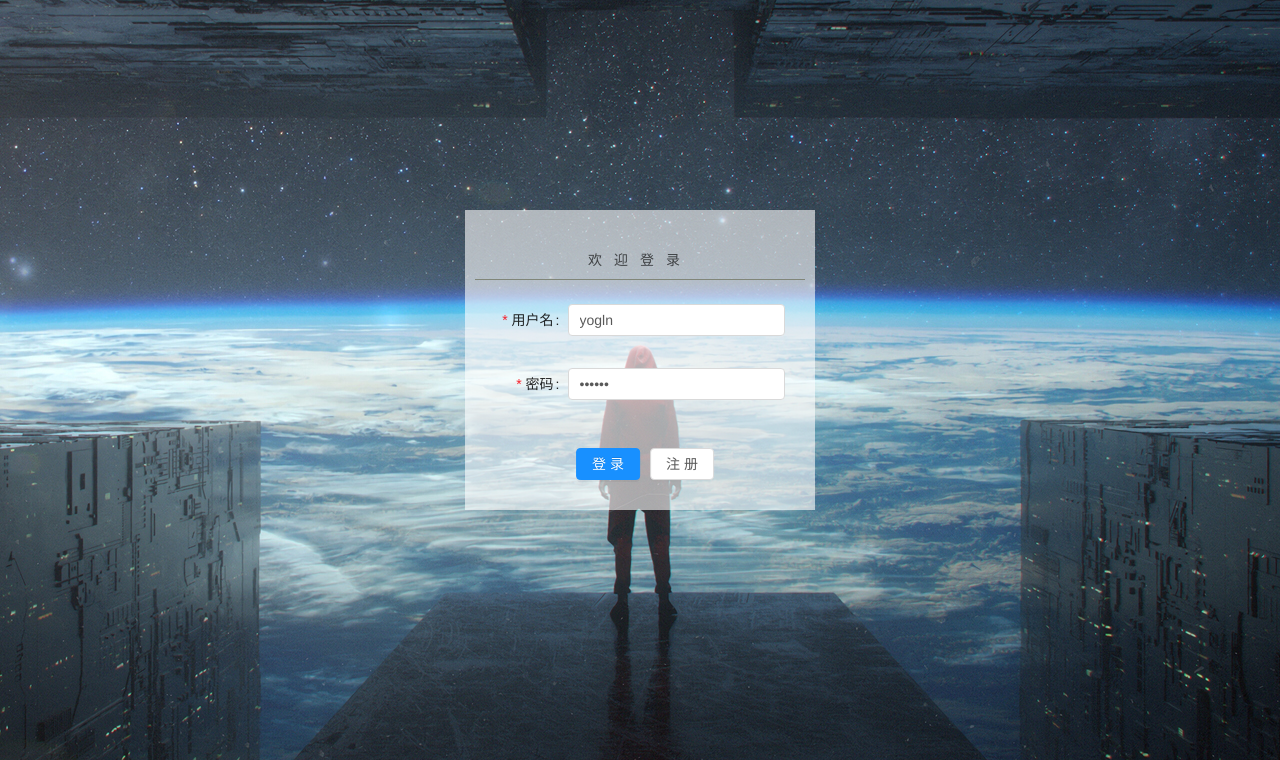
Repository: YogLn/theory-fre
Page: /register
An editor plug-in stored every save of this project. The page is shown before and after the next save, followed by the edit.
The browser window is 1280 px wide. The pictures show the whole page.
Backgrounds fixed to the window are drawn as part of the page. The project was rebuilt for these pictures with package versions that can differ from the ones it lists, and the page was loaded fresh each time.

Above is the page before, as saved 2021-07-22 16:39:05.

### src/App.vue
<template>
  <div id="app">
    <router-view />
  </div>
</template>

<style lang="less">
html,
body,
#app {
  height: 100%;
  font-family: 'Helvetica Neue', Helvetica, 'PingFang SC', 'Hiragino Sans GB',
    'Microsoft YaHei', '微软雅黑', Arial, sans-serif;

  background: url('./assets/img/home.jpg') no-repeat center;
  height: 100%;
  min-height: 760px;
  background-attachment: fixed;
  background-size: 100% 100%;
}
</style>

### src/router/index.js
import Vue from 'vue'
import VueRouter from 'vue-router'

const Login = () => import('../pages/login/Login.vue')
const Home = () => import('../pages/home/Home.vue')
const Register = () => import('../pages/login/Register.vue')
const Moment = () => import('../pages/moment/Moment.vue')
const Publish = () => import('../pages/moment/Publish.vue')
const Mine = () => import('../pages/mine/Mine.vue')
const Comment = () => import('../components/comment/Comment.vue')

Vue.use(VueRouter)

const routes = [
  {
    path: '',
    redirect: '/login'
  },
  {
    path: '/login',
    component: Login
  },
  {
    path: '/register',
    component: Register
  },
  {
    path: '/home',
    component: Home,
    redirect: '/moment',
    children: [
      {
        path: '/moment',
        component: Moment
      },
      {
        path: '/upload',
        component: Publish
      },
      {
        path: '/moment/:momentId',
        component: Comment
      },
      {
        path: '/mine',
        component: Mine
      },
    ]
  }
]

const router = new VueRouter({
  mode: 'history',
  base: process.env.BASE_URL,
  routes
})

// 挂载路由导航守卫
router.beforeEach((to, from, next) => {
  if (to.path == '/login') return next()
  // 获取 token
  const tokenStr = window.sessionStorage.getItem('token')
  if (!tokenStr) return next('/login')
  next()
})

export default router

### src/network/request.js
import axiox from 'axios'
import { BASE_URL, TIMEOUT } from './config'
const instance = axiox.create({
  baseURL: BASE_URL,//baseURL会在发送请求的时候拼接在url参数的前面
  timeout: TIMEOUT
})

instance.interceptors.request.use(function (config) {
  config.headers.Authorization = window.sessionStorage.getItem('token')
  return config;
}, function (error) {
  // 对请求错误做些什么
  return Promise.reject(error);
});

// 添加响应拦截器
//此处可以根据服务器的返回状态码做响应的处理
//404 404 500
instance.interceptors.response.use(function (response) {
  // 对响应数据做点什么

  return response;
}, function (error) {
  // 对响应错误做点什么
  return Promise.reject(error);
});

export function get (url, params) {
  return instance.get(url, {
    params
  })
}

export function post (url, data) {
  return instance.post(url, data)
}

export function del (url) {
  return instance.delete(url)
}

export function put (url, data) {
  return instance.put(url, data)
}

### src/pages/login/Login.vue
<template>
  <div class="container">
    <div class="login-box">
      <div class="login-header">
        <span>欢迎登录</span>
      </div>
      <div class="login-form">
        <a-form-model ref="loginFormRef" :model="loginForm" v-bind="layout" :rules="loginFormRules">
          <a-form-model-item label="用户名" prop="name">
            <a-input v-model="loginForm.name" type="text" autocomplete="off" placeholder="请输入用户名" />
          </a-form-model-item>
          <a-form-model-item label="密码" prop="password">
            <a-input v-model="loginForm.password" type="password" autocomplete="off" placeholder="请输入密码" />
          </a-form-model-item>
        </a-form-model>
      </div>
      <div class="login-btn">
        <a-button type="primary" class="btn-login" @click="login">登录</a-button>
        <a-button @click="register">注册</a-button>
      </div>
    </div>
  </div>
</template>

<script>
import { Mixin } from '../../mixin'
export default {
  mixins: [Mixin],
  created() {},
  data() {
    return {
      loginForm: {
        name: 'yogln',
        password: '123456',
      },
    }
  },
  methods: {
    async login() {
      const res = await this.$http.post('/login', this.loginForm)
      if (res.status !== 200) {
        return this.$message.error('登录失败')
      }
      window.sessionStorage.setItem('token', res.data.token)
      window.sessionStorage.setItem('id', res.data.id)
      this.$message.success('登录成功')
      this.$router.push('/home')
    },
    register() {
      this.$router.push('/register')
    },
  },
}
</script>

<style lang="less" scoped>
.container {
  background: url('../../assets/img/loginbg.png') center center no-repeat;
  height: 100%;
  .login-box {
    display: relative;
    padding: 40px 10px;
    width: 350px;
    height: 300px;
    background: rgba(255, 255, 255, 0.6);
    position: fixed;
    left: 50%;
    top: 50%;
    transform: translate(-50%, -50%);
    .login-header {
      margin-top: -10px;
      display: flex;
      justify-content: center;
      height: 40px;
      line-height: 40px;
      border-bottom: 1.6px solid #818679;
      span {
        text-align: center;
        letter-spacing: 12px;
      }
    }
    .login-form {
      padding: 20px;
    }
    .login-btn {
      position: absolute;
      left: 50%;
      transform: translateX(-50%);
      .btn-login {
        margin: 0 10px;
      }
    }
  }
}
</style>

### src/network/config.js
const devBaseURL = "http://121.4.100.103:5000";
const proBaseURL = "http://121.4.100.103:5000";
export const BASE_URL = process.env.NODE_ENV === 'development' ? devBaseURL: proBaseURL;

export const TIMEOUT = 5000;

### src/mixin.js
export const Mixin = {
  data() {
    return {
      loginFormRules:  {
        name: [{ required: true, message: '请输入用户名', trigger: 'blur' }],
        password: [{ required: true, message: '请输入密码', trigger: 'blur' }]
      },

      layout: {
        labelCol: { span: 6 },
        wrapperCol: { span: 18 },
      },
    }
  },
}

Loaded but not shown: public/index.html (common file); src/main.js (common file); src/store/index.js (common file); src/assets/css/reset.css (common file)

After the next save:
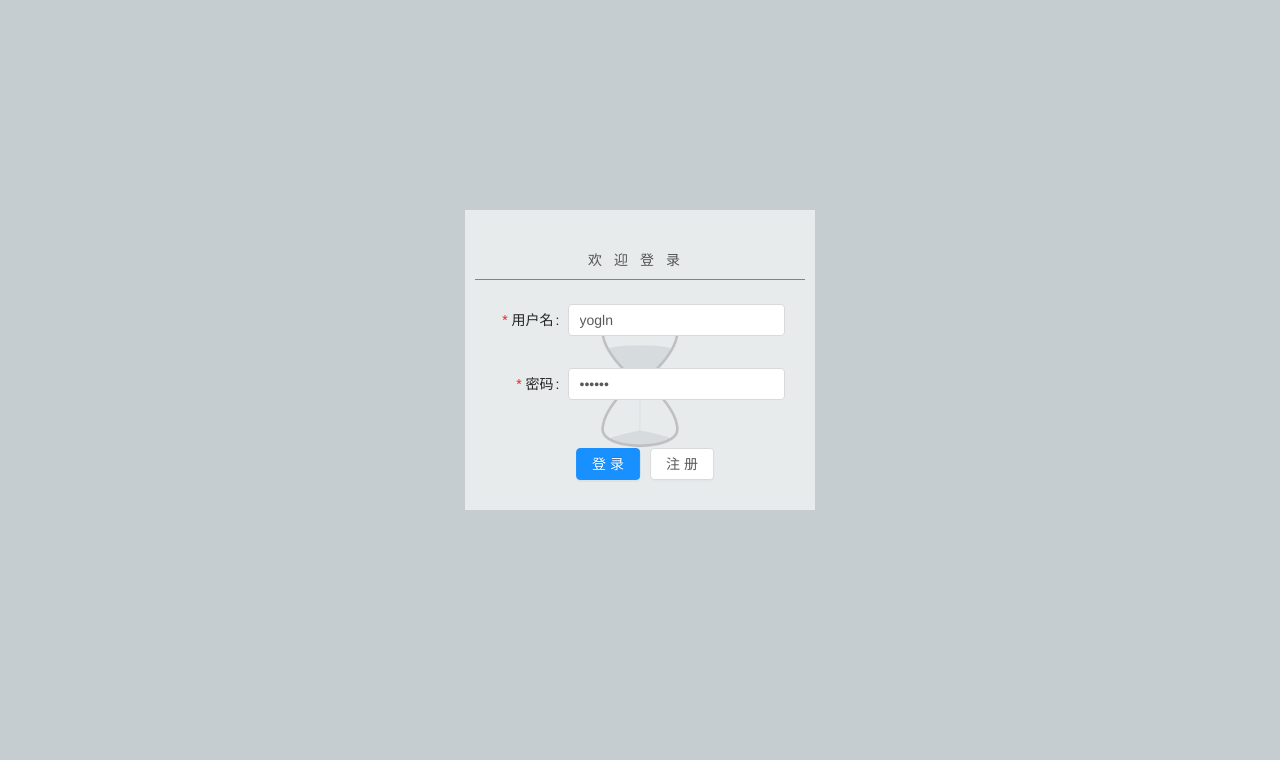
Saved 2 min 31 s later.
--- a/src/pages/login/Login.vue
+++ b/src/pages/login/Login.vue
@@ -5,17 +5,30 @@
         <span>欢迎登录</span>
       </div>
       <div class="login-form">
-        <a-form-model ref="loginFormRef" :model="loginForm" v-bind="layout" :rules="loginFormRules">
-          <a-form-model-item label="用户名" prop="name">
-            <a-input v-model="loginForm.name" type="text" autocomplete="off" placeholder="请输入用户名" />
+        <a-form-model ref="loginFormRef"
+                      :model="loginForm"
+                      v-bind="layout"
+                      :rules="loginFormRules">
+          <a-form-model-item label="用户名"
+                             prop="name">
+            <a-input v-model="loginForm.name"
+                     type="text"
+                     autocomplete="off"
+                     placeholder="请输入用户名" />
           </a-form-model-item>
-          <a-form-model-item label="密码" prop="password">
-            <a-input v-model="loginForm.password" type="password" autocomplete="off" placeholder="请输入密码" />
+          <a-form-model-item label="密码"
+                             prop="password">
+            <a-input v-model="loginForm.password"
+                     type="password"
+                     autocomplete="off"
+                     placeholder="请输入密码" />
           </a-form-model-item>
         </a-form-model>
       </div>
       <div class="login-btn">
-        <a-button type="primary" class="btn-login" @click="login">登录</a-button>
+        <a-button type="primary"
+                  class="btn-login"
+                  @click="login">登录</a-button>
         <a-button @click="register">注册</a-button>
       </div>
     </div>
@@ -26,7 +39,7 @@
 import { Mixin } from '../../mixin'
 export default {
   mixins: [Mixin],
-  created() {},
+  created() { },
   data() {
     return {
       loginForm: {
@@ -55,7 +68,6 @@ export default {
 
 <style lang="less" scoped>
 .container {
-  background: url('../../assets/img/loginbg.png') center center no-repeat;
   height: 100%;
   .login-box {
     display: relative;
